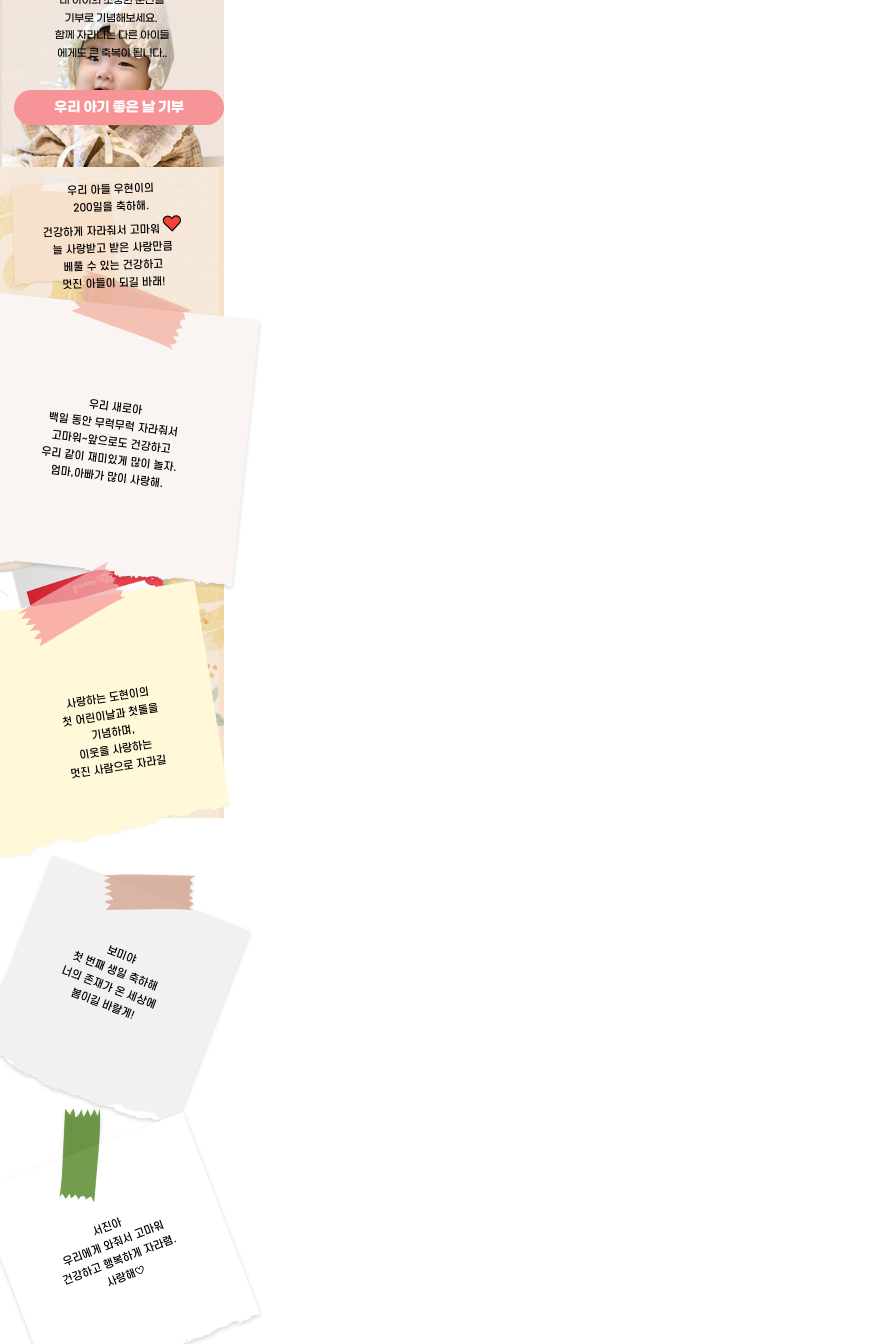
Repository: dlgywls1130/save_the_m320
Page: index.html
An editor plug-in stored every save of this project. The page is shown before and after the next save, followed by the edit.
The browser window is 1280 px wide. The pictures show the part of the page from y = 762 to 2682 px (the page is 10040 px tall), at 70% of full size.

Above is the page before, as saved 2023-12-21 01:09:43.

### index.html
<!DOCTYPE html>
<html lang="en">
<head>
    <meta charset="UTF-8">
    <meta name="viewport" content="width=device-width, initial-scale=1.0">
    <title>세이브더칠드런</title>

    <link rel="stylesheet" href="./css/reset.css">
    <link rel="stylesheet" href="./css/style.css">

</head>
<body>
    <div class="content_body">
        <section class="section_wrapper section01">
            <div class="se01 se_wrapper">
                <div class="seo01_mobile_wrapp">
                    <div class="se01_sub">
                        <div class="sub_logo">
                            <img src="./img/logo01.png" alt="logo">
                        </div>
                        <p>우리 아기 좋은 날 기부</p>
                    </div>
                    <p class="seo01_title">
                        아가야,
                    </p>
                    <p class="seo01_title_two">
                        너의 <span id="rollingText">탄생</span> 순간을 축하해!
                    </p>
                </div>
                <div class="seo01_mobile_wrapp_bottom">
                    <p class="section_descript mb-45">
                        아이의 건강과 행복을
                        <br>바라는 마음을 담아,
                        <br>탄생, 백일, 첫 걸음마, 첫돌 등
                        <br>내 아이의 소중한 순간을
                        <br>기부로 기념해보세요.
                        <br>함께 자라나는 다른 아이들
                        <br>에게도 큰 축복이 됩니다..
                    </p>

                    <a class="donation_link" href="javascript:void(0)">우리 아기 좋은 날 기부</a>
                </div>

            </div>
        </section>
        <section class="section_wrapper section02">
            <div class="se02 se_wrapper">
                <div class="postit_wrapper">
                    <div class="postit postit01">
                        <p>우리 아들 우현이의<br>
                        200일을 축하해.<br>
                        <span>건강하게 자라줘서 고마워 <img src="./img/heart.png"></span>
                        늘 사랑받고 받은 사랑만큼<br>
                        베풀 수 있는 건강하고<br>
                        멋진 아들이 되길 바래!</p>
                    </div>
                    <div class="postit postit02">
                        <p>우리 새로아<Br>
                        백일 동안 무럭무럭 자라줘서<Br>
                        고마워~앞으로도 건강하고<Br>
                        우리 같이 재미있게 많이 놀자.<Br>
                        엄마,아빠가 많이 사랑해.</p>
                    </div>

                    <div class="postit postit05">
                        <p>사랑하는 도현이의<br>
                        첫 어린이날과 첫돌을<br>
                        기념하며, <br>
                        이웃을 사랑하는<br>
                        멋진 사람으로 자라길</p>

                    </div>
                    <div class="postit postit04">
                        <p>보미야<br>
                        첫 번째 생일 축하해<br>
                        너의 존재가 온 세상에<br>
                        봄이길 바랄게!   </p>
                    </div>

                    <div class="postit postit03">
                        <p>서진아<br>
                        우리에게 와줘서 고마워<br>
                        건강하고 행복하게 자라렴.<br>
                        사랑해♡      </p>
                    </div>

                </div>

            </div>
        </section>
        <section class="section_wrapper section03">
            <div class="se_wrapper se03">
                <div class="se_title_co">
                    아기의 좋은 날을<br> 기념해 주신 모든 분들께
                    <br>후원감사증서를 보내드립니다.
                </div>
                <div class="se_sub_co">
                    후원감사증서는<Br> 아기에게 남기고 싶은 메시지와 아기의 좋은 날이 담긴 사진을<br> 보관할 수 있도록
                    만들어드립니다.<br> 먼 훗날, 아기가 성장해 읽게 될 날을 그리며 편지를 써보세요.
                </div>
            </div>

        </section>
        <section class="section_wrapper section04">
            <div class="se_wrapper se04">
                <div class="se_title_co">
                    이름 자수 순면거즈블랭킷
                </div>
                <div class="se_sub_co">
                    30만원 이상 후원하신 분들께는 순면 거즈 아기 블랭킷(90*110)에
                    <Br>원하시는 이름(영문)을 예쁘게 수놓아 드립니다.
                </div>

                <div class="se04_slide mt-85">
                    <div class="se04_slide_list">
                        <img src="./img/slide03.jpg">
                    </div>
                    <div class="se04_slide_list">
                        <img src="./img/slide02.jpg">
                    </div>
                    <div class="se04_slide_list">
                        <img src="./img/slide01.jpg">
                    </div>
                </div>
            </div>
        </section>
        <section class="section_wrapper section05">
            <div class="se_wrapper se05">
                <div class="se_title_co">
                    후원신청 과정
                </div>


                <div class="se_sub_co">
                    30만원 이상 후원해 주신 경우,
                    <br>감사 선물 수령 주소 및 아기 블랭킷에 새겨질 문구 확인을 위한 문자가 발송됩니다.
                </div>

                <div class="se_step_list">
                    <div class="se_step">
                        <p class="step_number">1</p>
                        <div class="step_ico">
                            <img src="./img/icon01.png" alt="img">
                        </div>
                        <p class="step_descript">
                            후원신청하기
                        </p>
                    </div>
                    <div class="se_step">
                        <p class="step_number">2</p>
                        <div class="step_ico">
                            <img src="./img/icon02.png" alt="img">
                        </div>
                        <p class="step_descript">
                            후원감사증서
                            메시지 적기
                        </p>
                    </div>
                </div>
                <div class="se_step_list">
                    <div class="se_step">
                        <p class="step_number">3</p>
                        <div class="step_ico">
                            <img src="./img/icon03.png" alt="img">
                        </div>
                        <p class="step_descript">
                            신청완료
                        </p>
                    </div>
                    <div class="se_step">
                        <p class="step_number">4</p>
                        <div class="step_ico">
                            <img src="./img/icon04.png" alt="img">
                        </div>
                        <p class="step_descript">
                            후원감사증서 발송
                            (1주 이내)
                        </p>
                    </div>
                </div>


                <a class="donation_link" href="javascript:void(0)">우리 아기 좋은 날 기부</a>
            </div>

        </section>
        <section class="section_wrapper section06">
            <div class="se_wrapper se06">
                <div class="se_title_co">
                    후원금, 이렇게 쓰여요!
                </div>
                <div class="se_sub_co">
                    세이브더칠드런은 <Br><span>국내외 아동을 위한 교육,
                    <Br>보호, 보건영양지원,<Br> 아동권리옹호</span> 등의<Br> 활동을 해나가고 있습니다.
                </div>
                <div class="se_sub_co">
                    보내주신 후원금은<Br> 정치, 종교, 인종에 관계없이<Br> 모든 아이를 구해야 한다는
                    <Br>세이브더칠드런의 신념에 따라 <Br><span>가장 도움 필요한 아이를 위해 우선 사용</span>됩니다.
                </div>
            </div>

        </section>
        <section class="section_wrapper section07">
            <div class="se_wrapper se07">
                <div class="se_title_co">
                    FAQ
                </div>
                <div class="accordion">
                    <div class="accordion-item">
                        <h3 class="title">
                            <span>1. 30만원 이상 후원했습니다. <br>거즈 순면 블랭킷은 언제 오나요?</span>
                            <img src="./img/top.png">
                        </h3>
                        <p class="paragraph">
                            우리아기 축하기부로 30만원 이상 후원자님들께는 담요에 수놓을 아기 이름과
                            선물 수령 주소 확인을 위한 문자가 발송됩니다.
                            02-6900-4479로 발송되는 문자 속 설문조사에 답해주세요.
                            확인을 완료하신 분들께는 블랭킷 제작을 담당하고 있는 조니 스튜디오에서
                            아기 이름 자수 작업 완료 후 배송해 드립니다.

                        </p>
                    </div>
                    <div class="accordion-item">
                        <h3 class="title">
                            <span>2. 거즈 순면 블랭킷, 안전한 제품인가요?</span>
                            <img src="./img/top.png">
                        </h3>
                        <p class="paragraph">
                            본 블랭킷은 워싱된 3중 거즈로 제작되었으며, KC안전검사를 완료하였습니다.
                            소재 특성상 섬유 조각이 발생할 수 있어 망에 넣지 않고 3번 정도 물빨래 하시는 것을 권장합니다.

                        </p>
                    </div>
                    <div class="accordion-item">
                        <h3 class="title">
                            <span>3. 거즈 순면 블랭킷을 받았는 데 하자가 있어요. <Br>어떻게 해야 하나요? </span>
                            <img src="./img/top.png">
                        </h3>
                        <p class="paragraph">
                            070-4220-4123 (조니스튜디오 CS)로 전화 연락 부탁드립니다. 하자 물품에 대한 교환은 수령일로부터 7일 이내에 조니스튜디오에 연락해주셔야 하며, 이로 인한 후원금 환불은 어렵습니다.
                        </p>
                    </div>
                    <div class="accordion-item">
                        <h3 class="title">
                            <span>4. 후원감사증서에 넣을 수 있는 사진 사이즈는 <Br>얼마인가요?</span>
                            <img src="./img/top.png">
                        </h3>
                        <p class="paragraph">
                            사진 인화 사이즈 5*7 인치에 맞추어서 제작되었습니다.  그보다 작은 사진일 경우, 후원감사증서
                            내부의 주머니에 넣어 보관하실 수도  있습니다.

                        </p>
                    </div>
                </div>
            </div>

        </section>
        <section class="section_wrapper section08">
            <div class="se_wrapper se08">
                <div class="se08_postion">
                    <p class="se08_title">우리 아기 좋은 날 기부</p>
                    <p class="se08_descript">
                        탄생, 백일, 첫 걸음마, 첫돌...
                        <br>소중한 우리 아기의 성장을 기념해 보세요!
                        <br>아기의 좋은 날이 모여 세상의 행복이 됩니다.
                    </p>
                    <a href="javascript:void(0)" class="more_btn">
                        <p>자세히보기</p>
                        <svg xmlns="http://www.w3.org/2000/svg" width="16" height="16" fill="currentColor" class="bi bi-chevron-right" viewBox="0 0 16 16">
                            <path fill-rule="evenodd" d="M4.646 1.646a.5.5 0 0 1 .708 0l6 6a.5.5 0 0 1 0 .708l-6 6a.5.5 0 0 1-.708-.708L10.293 8 4.646 2.354a.5.5 0 0 1 0-.708z"/>
                        </svg>
                    </a>
                </div>

            </div>
        </section>
    </div>

    <script src="https://ajax.googleapis.com/ajax/libs/jquery/1.12.4/jquery.min.js"></script>
    <script src="./js/main.js"></script>
</body>
</html>

### css/reset.css


html, body, div, span, applet, object, iframe,
h1, h2, h3, h4, h5, h6, p, blockquote, pre,
a, abbr, acronym, address, big, cite, code,
del, dfn, em, img, ins, kbd, q, s, samp,
small, strike, strong, sub, sup, tt, var,
b, u, i, center,
dl, dt, dd, ol, ul, li,
fieldset, form, label, legend,
table, caption, tbody, tfoot, thead, tr, th, td,
article, aside, canvas, details, embed,
figure, figcaption, footer, header, hgroup,
menu, nav, output, ruby, section, summary,
time, mark, audio, video {
	margin: 0;
	padding: 0;
	border: 0;
	font-size: 100%;
	font: inherit;
	vertical-align: baseline;
}

article, aside, details, figcaption, figure,
footer, header, hgroup, menu, nav, section {
	display: block;
}
body {
	line-height: 1;
}
ol, ul {
	list-style: none;
}
blockquote, q {
	quotes: none;
}
blockquote:before, blockquote:after,
q:before, q:after {
	content: '';
	content: none;
}
table {
	border-collapse: collapse;
	border-spacing: 0;
}

### css/style.css

/* root */
:root{
    --main-color:#B17A60;
    --pink-color:#F79497;
}


/* font */

/* dongle */
@font-face {
    font-family: 'Dongle';
    font-weight: 300;
    src: url('../font/Dongle-Light.ttf') format('ttf'),
    url('../font/Dongle-Light.woff') format('woff');
}

@font-face {
    font-family: 'Dongle';
    font-weight: 500;
    src: url('../font/Dongle-Regular.ttf') format('ttf'),
    url('../font/Dongle-Regular.woff') format('woff');
}

@font-face {
    font-family: 'Dongle';
    font-weight: 700;
    src: url('../font/Dongle-Bold.ttf') format('ttf'),
    url('../font/Dongle-Bold.woff') format('woff');
}


/* Gmarket */
@font-face {
    font-family: 'GmarketSans';
    font-weight: 300;
    src: url('../font/GmarketSansLight.ttf') format('ttf'),
    url('../font/GmarketSansLight.woff') format('woff');
}

@font-face {
    font-family: 'GmarketSans';
    font-weight: 500;
    src: url('../font/GmarketSansMedium.ttf') format('ttf'),
    url('../font/GmarketSansMedium.woff') format('woff');
}

@font-face {
    font-family: 'GmarketSans';
    font-weight: 700;
    src: url('../font/GmarketSansBold.ttf') format('ttf'),
    url('../font/GmarketSansBold.woff') format('woff');
}


/* nanumsqure */

@font-face {
    font-family: 'NanumSquare';
    font-weight: 400;
    src: url('../font/NanumSquareL.ttf') format('ttf'),
    url('../font/NanumSquareL.woff') format('woff');
}

@font-face {
    font-family: 'NanumSquare';
    font-weight: 500;
    src: url('../font/NanumSquareR.ttf') format('ttf'),
    url('../font/NanumSquareR.woff') format('woff');
}

@font-face {
    font-family: 'NanumSquare';
    font-weight: 600;
    src: url('../font/NanumSquareB.ttf') format('ttf'),
    url('../font/NanumSquareB.woff') format('woff');
}

@font-face {
    font-family: 'NanumSquare';
    font-weight: 700;
    src: url('../font/NanumSquareEB.ttf') format('ttf'),
    url('../font/NanumSquareEB.woff') format('woff');
}



/* scdream5 */
@font-face {
    font-family: 'SCDream5';
    src: url('../font/SCDream5.woff') format('woff'),
    url('../font/SCDream5.ttf') format('ttf'),
    url('../font/SCDream5.otf') format('otf');
}


.section_wrapper{
    max-width:320px;
    width: 100%;

}

.se_wrapper{
    max-width: 320px;
    width: 100%;
    position: relative;
    box-sizing: border-box;
}


/* section01 */


.section01{
    background: url(../img/back01.jpg) no-repeat;
    height: 1000px;
    background-size: cover;
    background-position: 86%;
}

.se01{
    padding: 60px 20px;
    box-sizing: border-box;
    height: 100%;
    position: relative;
    display: flex;
    flex-direction: column;
    justify-content: space-between;
}
.se01_sub{
    display: flex;
    align-items: center;
    margin-bottom: 30px;
    flex-direction: column;
}

.sub_logo{
    width: 125px;
    height: 40px;
    margin-right: 10px;
}

.sub_logo img{
    width: 100%;
    height: 100%;
    object-fit: contain;
}

.se01_sub p{
    width: 190px;
    height: 30px;
    background: #B17A60;
    border-radius: 15px;
    display: flex;
    align-items: center;
    justify-content: center;
    letter-spacing: -0.03em;
    font-size: 15px;
    font-weight: 700;
    font-family: 'GmarketSans',sans-serif;
    color: #fff;
}

.seo01_title{
    font-family: 'Dongle',sans-serif;
    font-weight: 500;
    font-size: 100px;
    color: var(--main-color);
    letter-spacing: -0.03em;
    text-align: center;
}

.seo01_title_two{
    font-family: 'Dongle',sans-serif;
    font-weight: 500;
    font-size: 50px;
    color: var(--main-color);
    letter-spacing: -0.03em;
    margin-top: -7%;
    margin-bottom: 50px;
    display: flex;
    align-items: center;
    white-space: nowrap;
    text-align: center;
}

.seo01_title_two span{
    margin: 0 0.5rem;
}
.section_descript{
    font-size: 15px;
    line-height: 25px;
    font-family: 'GmarketSans';
    font-weight: 500;
    letter-spacing: -0.03em;
    color: #000;
    text-align: center;
}

.donation_link{
    width: 300px;
    height: 50px;
    border-radius: 100px;
    display: flex;
    align-items: center;
    justify-content: center;
    background: var(--pink-color);
    color: #fff;
    font-family: 'GmarketSans';
    font-size: 20px;
    font-weight: 700;
    letter-spacing: -0.03em;
    text-decoration: none;
    margin: 40px auto 0;
}


@keyframes roll {
    from {
        transform: translateY(40%);
        opacity: 0;
    }
    to {
        transform: translateY(0);
        opacity: 1;
    }
  }


  #rollingText.animate-text {
    animation: roll 0.5s ease-in-out;
}

/* section02 */

.section02{
    height: 2800px;
    background: url('../img/back02.jpg') no-repeat;
}

.se02{
    box-sizing: border-box;
    height: 100%;
}
.postit_wrapper{
    width: 100%;
    padding: 40x 20px;
    position: relative;
    display: flex;
    flex-direction: column;
    align-items: center;
    box-sizing: border-box;
}

.ex_text{
    font-family: 'GmarketSans';
    font-size: 20px;
    font-weight: 500;
    letter-spacing: -0.03em;
}


.postit p img{
    width: 26px;
    height: 26px;
    object-fit: contain;
}
.postit p{
    font-family: 'SCDream5';
    font-size: 15px;
    line-height: 25px;
    text-align: center;
    display: flex;
    justify-content: center;
    align-items: center;
    flex-direction: column;
    height: 100%;
}

.postit01{
    background:url('../img/post04.png') no-repeat;
    width: 100%;
    height: auto;
    background-size: contain;
    box-sizing: border-box;
}

.postit01 p{
    transform: rotate(358deg);
    padding-top: 20px;
}

.postit02{
    background: url('../img/post05.png') no-repeat;
    width: 510px;
    height: 510px;
    background-size: contain;
    box-sizing: border-box;
    margin-top: -19%;
}

.postit02 p{
    transform: rotate(7deg);
    padding-top: 20px;
}

.postit03{
    background:url('../img/post02.png') no-repeat;
    width: 459px;
    height: 459px;
    background-size: contain;
    box-sizing: border-box;
    margin-top: -25%;
    transform: rotate(-14deg);
}

.postit03 p{
    transform: rotate(-7deg);
    padding-top: 20px;
}

.postit04{
    background: url(../img/post03.png) no-repeat;
    width: 440px;
    height: 440px;
    background-size: cover;
    box-sizing: border-box;
    margin-top: -24%;
    transform: rotate(14deg);
}

.postit04 p{
    transform: rotate(7deg);
}

.postit05{
    background:url('../img/post01.png') no-repeat;
    width: 460px;
    height: 460px;
    background-size: contain;
    box-sizing: border-box;
    margin-top: -22%;
}

.postit05 p{
    transform: rotate(-9deg);
    padding-top: 20px;
}

/* section03 */

.section03{
    height: 1200px;
    background: url('../img/back03.jpg') no-repeat;
}

.se03{
    padding: 200px 60px 96px;
    box-sizing: border-box;
    height: 100%;
}


.se_title_co{
    font-size: 80px;
    line-height: 80px;
    letter-spacing: -0.03em;
    font-family: 'Dongle';
    font-weight: 500;
    color: var(--main-color);
    text-align: center;
}

.se_sub_co{
    font-size: 20px;
    letter-spacing: -0.03em;
    line-height: 30px;
    font-family: 'GmarketSans';
    font-weight: 500;
    text-align: center;
    margin-top: 30px;
}

/* section04 */

.section04{
    height: 1740px;
    background: url('../img/back04.jpg') no-repeat;
}

.se04{
    padding: 80px 0 130px;
    box-sizing: border-box;
    height: 100%;
}

.se04_slide{
    margin: 60px auto 0;
    padding: 0 60px;
}


.se04_slide_list{
    width: 520px;
    height: 440px;
    border-radius: 9px;
    margin-bottom: 25px;
}

.se04_slide_list img{
    width:100%;
height: 100%;
object-fit: cover;
border-radius: 15px;
}
/* section05 */
.section05{
    height: 1000px;
    background: url('../img/back05.jpg') no-repeat;
}

.se05{
    padding: 80px 60px 140px;
    box-sizing: border-box;
    height: 100%;
}

.se_step_list{
    display: flex;
    align-content: center;
    margin-top: 20px;
    position: relative;
    flex-wrap: wrap;
    justify-content: space-between;
}


.se_step_list .se_step{
    position: relative;
    display: flex;
    flex-direction: column;
    align-items: center;
}

.step_number{
    font-size: 25px;
    letter-spacing: -0.03em;
    line-height: 35px;
    font-weight: 700;
    font-family: 'GmarketSans';
    position: absolute;
    left: 19%;
    top: 0;
    color: var(--main-color);
    z-index: 2;
}

.se_step_list .se_step .step_ico{
    width: 200px;
    height: 200px;
    border-radius: 50%;
    background-color: #fff;
    display: flex;
    align-items: center;
    justify-content: center;
    position: relative;
    z-index: 1;
}

.se_step_list .se_step .step_ico img {
    width: 138px;
    height: 138px;
    object-fit: contain;
    object-position: 73%;
}

.step_descript{
    font-size: 20px;
    letter-spacing: -0.03em;
    line-height: 23px;
    font-weight: 500;
    font-family: 'GmarketSans';
    text-align: center;
    margin-top: 20px;
    color: var(--main-color);
}


.section05 .donation_link{
    margin: 70px auto 0;
}


/* section06 */
.section06{
    height:800px;
    background: url('../img/back06.jpg') no-repeat;
}

.se06{
    padding: 155px 0;
    height: 100%;
    box-sizing: border-box;
}


.se_sub_co span{
    font-weight: 700;
}
/* section07 */

.section07{
    height:1000px;
    background: url('../img/back07.jpg') no-repeat;
}

.se07{
    padding: 100px 0;
    height: 100%;
    box-sizing: border-box;
}


.accordion{
    margin-top: 38px;
}
.accordion-item {
    padding:15px 30px;
    margin: 0;
    overflow: hidden;
}

.accordion-item .title {
    display: flex;
    justify-content: space-between;
    align-items: center;
    font-weight: 700;
    font-size: 20px;
    line-height: 30px;
    letter-spacing: -0.03em;
    cursor: pointer;
    width: 100%;
    height: 100px;
    border-radius: 50px;
    background-color: #fff;
    color: var(--main-color);
    padding: 0 50px;
    font-family: 'GmarketSans';
    box-sizing: border-box;
    text-indent: -10px;
}

.accordion-item .title img {
    font-size: 0.9rem;
    color: #454545;
    transform: rotate(0);
    transition: transform 0.15s ease;
}

.accordion-item .paragraph {
    font-weight: 500;
    font-size: 20px;
    letter-spacing: -0.03em;
    color: #000;
    display: none;
    padding: 30px 35px 15px;
    list-style: inside;
    line-height: 30px;
    font-family: 'GmarketSans';
}

.accordion-item .paragraph .indent{
    text-indent: 1rem;
}


.accordion-item .paragraph span{
    font-weight: bold;
}

.accordion-item.active .title img{
    transform: rotate(180deg);
}

.accordion-item.active .paragraph {
    display: block;
}


/* section08 */

.section08{
    height:500px;
    background: url('../img/banner.jpg') no-repeat;
}
.se08{
    position: relative;
    height: 100%;
}

.se08_postion{
    display: flex;
    align-items: center;
    justify-content: center;
    flex-direction: column;
    height: 100%;
}

.se08_title{
    font-family: 'NanumSquare';
    font-weight: 600;
    font-size: 30px;
    letter-spacing: -0.05em;
    line-height: 50px;
    position: relative;
    text-align: center;
    margin-bottom: 30px;
}



.se08_descript{
    font-family: 'NanumSquare';
    font-weight: 500;
    font-size: 20px;
    line-height: 30px;
    letter-spacing: -0.05em;
    text-align: center;
}

.more_btn{
    margin-top: 38px;
    width: 150px;
    height: 40px;
    background: #543F2C;
    display: flex;
    align-items: center;
    justify-content: center;
    text-decoration: none;
}

.more_btn p{
    font-family: 'NanumSquare';
    font-weight: 500;
    font-size: 18px;
    color: #fff;

}

.more_btn svg{
    fill: #fff;
}

Loaded but not shown: js/main.js (46 lines, source omitted)

After the next save:
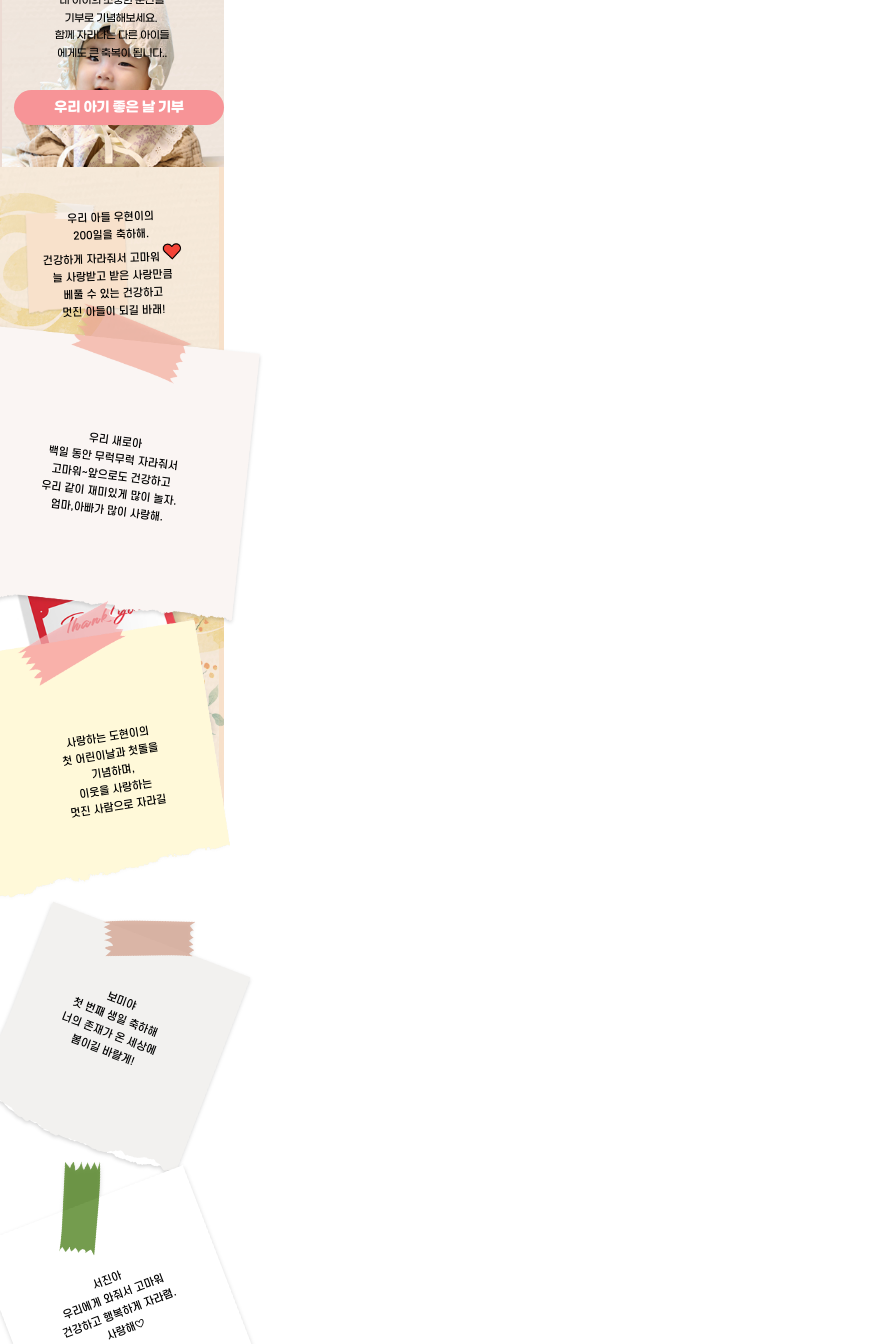
Saved 31 s later.
--- a/css/style.css
+++ b/css/style.css
@@ -245,7 +245,7 @@
 }
 .postit_wrapper{
     width: 100%;
-    padding: 40x 20px;
+    padding: 40px 20px;
     position: relative;
     display: flex;
     flex-direction: column;
